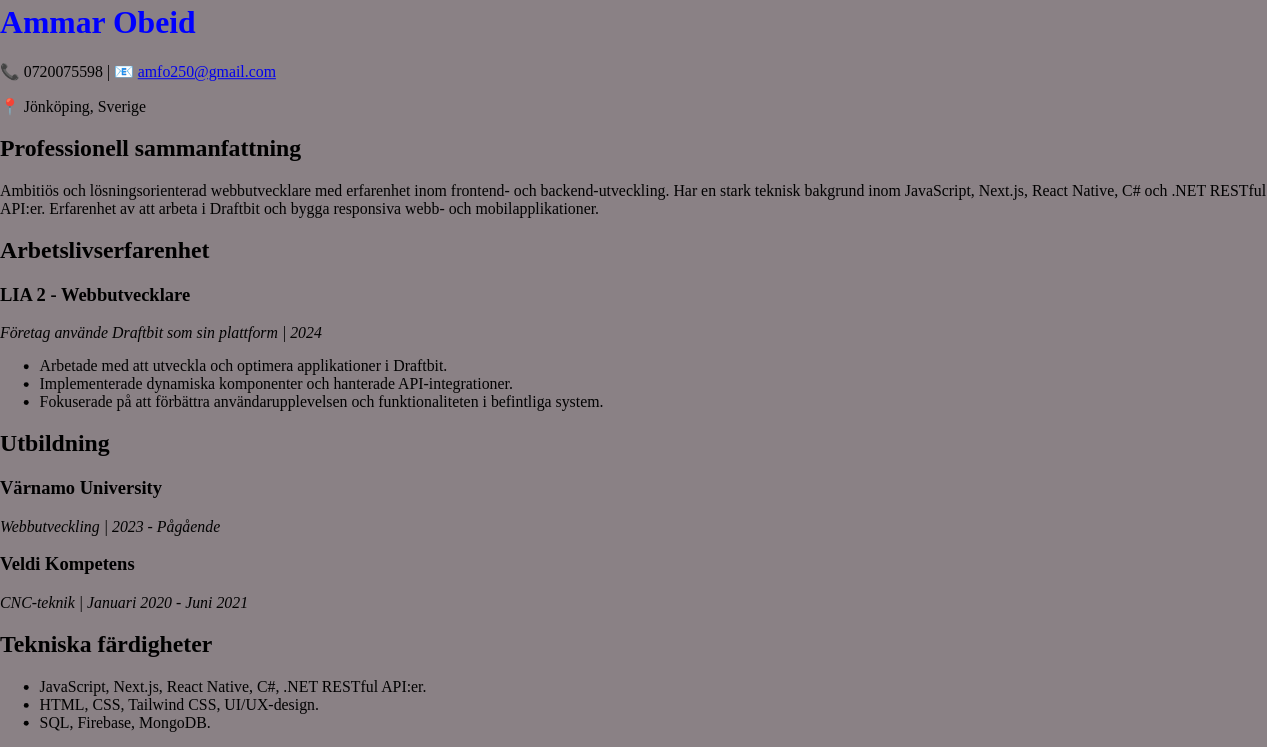
Repository: aobeid1979/AmmarObeid
Page: index.html
These files come from the project's save history. The page is drawn as it stood at one moment and after the next save; the edit follows.
The browser window is 1280 px wide. The pictures show the whole page, at 99% of full size.

Above is the page before, as saved 2025-03-19 11:48:32.
Not found: profile.jpg

After the next save:
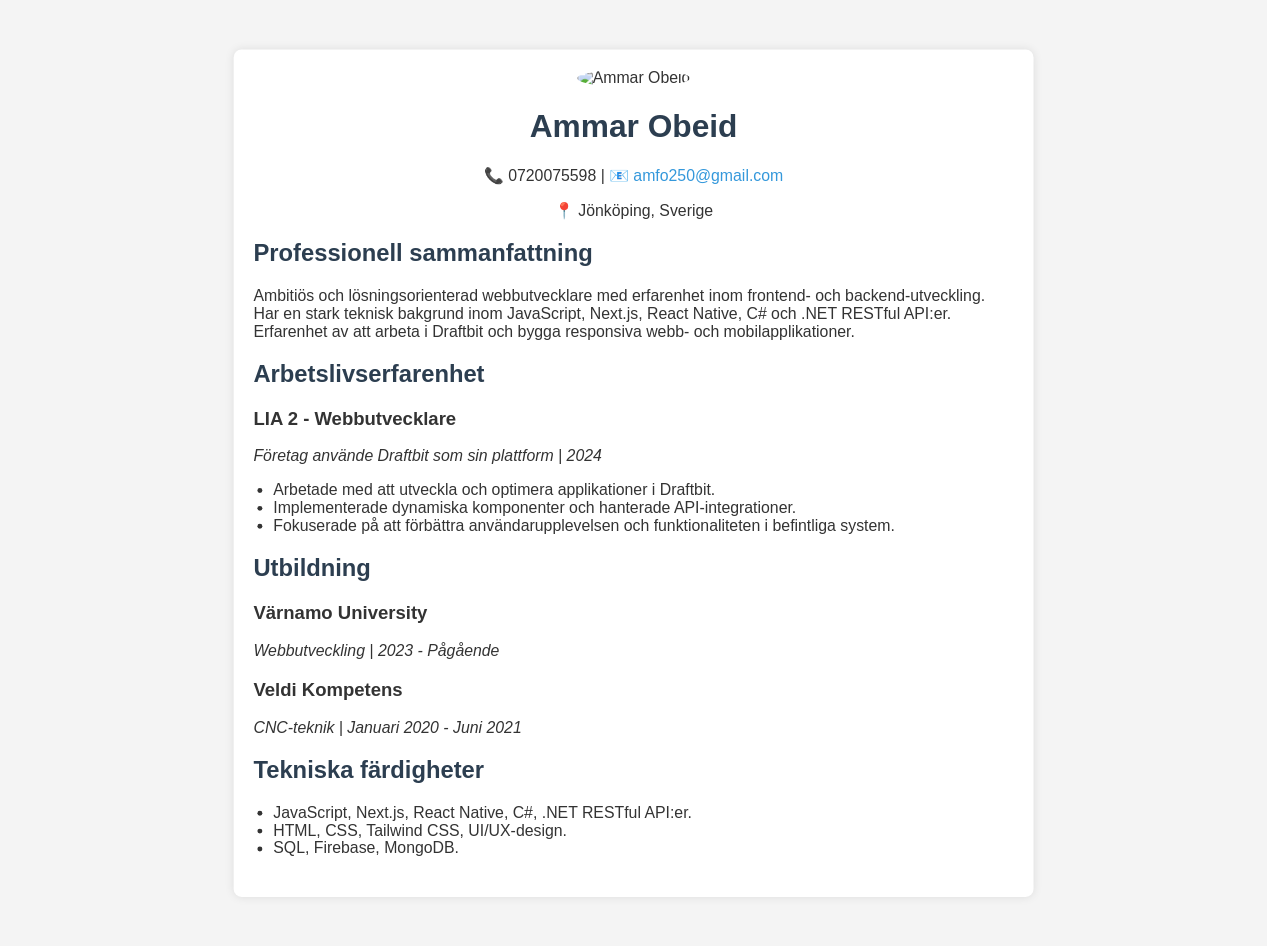
Saved 13 s later.
--- a/style.css
+++ b/style.css
@@ -1,50 +1,53 @@
 body {
-  background-color: rgb(138, 129, 133);
-  display: flex;
-  flex-direction: column;
-  align-items: center;
-  justify-content: center;
-  height: 100vh;
+  font-family: Arial, sans-serif;
   margin: 0;
   padding: 0;
-  box-sizing: border-box;
+  background-color: #f4f4f4;
+  color: #333;
 }
 
-header {
-  width: 100%;
+.container {
+  width: 60%;
+  margin: 50px auto;
+  background: white;
   padding: 20px;
-  box-sizing: border-box;
-  background-color: rgb(233, 199, 212);
+  border-radius: 8px;
+  box-shadow: 0 0 10px rgba(0, 0, 0, 0.1);
 }
 
-main {
-  flex-grow: 1;
-  width: 70%;
-  padding: 20px;
-  box-sizing: border-box;
+.header {
+  text-align: center;
 }
 
-aside {
-  width: 30%;
-  padding: 20px;
-  box-sizing: border-box;
+.header img {
+  width: 150px;
+  height: 150px;
+  border-radius: 50%;
+  object-fit: cover;
 }
 
-.image img {
-  max-width: 100%;
-  height: auto;
+h1, h2 {
+  color: #2c3e50;
 }
 
-table {
-  width: 100%;
-  border-collapse: collapse;
+.contact-info {
+  text-align: center;
+  margin-bottom: 20px;
 }
 
-table th, table td {
-  padding: 10px;
-  border: 1px solid black;
+.contact-info a {
+  color: #3498db;
+  text-decoration: none;
 }
 
-h1 {
-  color: blue;
+.contact-info a:hover {
+  text-decoration: underline;
 }
+
+.section {
+  margin-bottom: 20px;
+}
+
+ul {
+  padding-left: 20px;
+}
